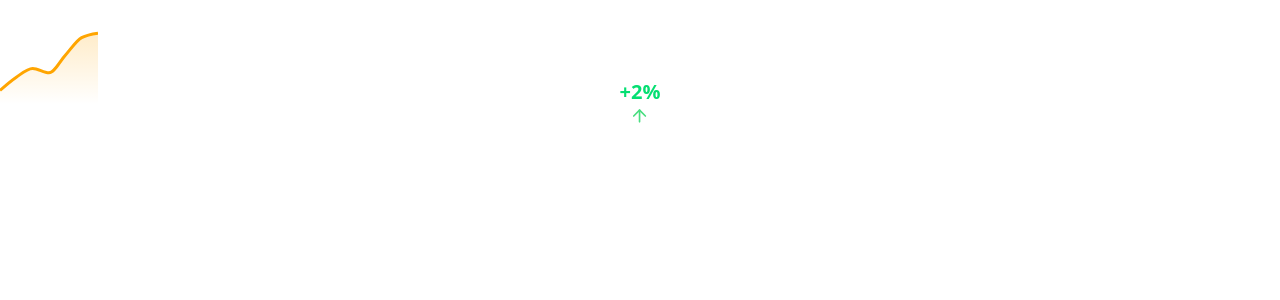
Repository: SharonSebastian32/reacharts
Page: /
An editor plug-in stored every save of this project. The page is shown before and after the next save, followed by the edit.
The browser window is 1280 px wide. The pictures show the whole page.
The project was rebuilt for these pictures with package versions that can differ from the ones it lists, and the page was loaded fresh each time. Also part of the build but not shown: vite.config.js.

Above is the page before, as saved 2025-03-20 22:52:47.

### src/App.jsx
import GrowthGraph from "./Components/CurveGraph";
function App() {
  return (
    <>
      <GrowthGraph />
    </>
  );
}

export default App;

### src/Components/CurveGraph.jsx
import React from 'react';
import { LineChart, Line, XAxis, YAxis, CartesianGrid, ResponsiveContainer, Area, AreaChart } from 'recharts';

const GrowthGraph = () => {
  // Sample data to create the desiorange curve
  const data = [
    { name: 'Jan', value: 20 },
    { name: 'Feb', value: 35 },
    { name: 'Mar', value: 45 },
    { name: 'Apr', value: 40 },
    { name: 'May', value: 60 },
    { name: 'Jun', value: 80 },
    { name: 'Jul', value: 85 },
  ];

  return (
    <div className="w-full h-64 bg-white relative">
      <ResponsiveContainer width="10%" height="50%">
        <AreaChart
          data={data}
          margin={{ top: 20, right: 30, left: 0, bottom: 20 }}
        >
          <defs>
            <linearGradient id="colorGradient" x1="0" y1="0" x2="0" y2="1">
              <stop offset="5%" stopColor="orange" stopOpacity={0.2} />
              <stop offset="95%" stopColor="orange" stopOpacity={0} />
            </linearGradient>
          </defs>
          <CartesianGrid vertical={false} horizontal={false} />
          <XAxis dataKey="name" hide={true} />
          <YAxis hide={true} />
          <Area
            type="monotone"
            dataKey="value"
            stroke="orange"
            strokeWidth={3}
            fillOpacity={1}
            fill="url(#colorGradient)"
            dot={false}
            activeDot={false}
            isAnimationActive={true}
            animationDuration={1500}
          />
        </AreaChart>
      </ResponsiveContainer>

      {/* Growth indicator */}
      <div className="absolute text-green-400 font-bold text-xl" style={{ left: '50%', top: '40%', transform: 'translate(-50%, -50%)' }}>
        +2%
        <div className="flex justify-center">
          <svg width="20" height="20" viewBox="0 0 24 24" fill="none" xmlns="http://www.w3.org/2000/svg">
            <path d="M12 19L12 5" stroke="#4ade80" strokeWidth="2" strokeLinecap="round" strokeLinejoin="round"/>
            <path d="M5 12L12 5L19 12" stroke="#4ade80" strokeWidth="2" strokeLinecap="round" strokeLinejoin="round"/>
          </svg>
        </div>
      </div>
    </div>
  );
};

export default GrowthGraph;

Loaded but not shown: index.html (common file); src/main.jsx (common file); src/index.css (common file)

After the next save:
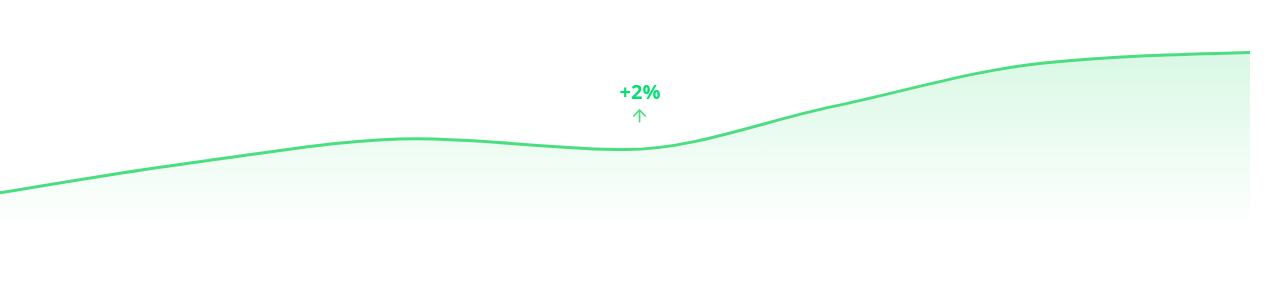
Saved 30 s later.
--- a/src/Components/CurveGraph.jsx
+++ b/src/Components/CurveGraph.jsx
@@ -1,29 +1,38 @@
-import React from 'react';
-import { LineChart, Line, XAxis, YAxis, CartesianGrid, ResponsiveContainer, Area, AreaChart } from 'recharts';
+import React from "react";
+import {
+  LineChart,
+  Line,
+  XAxis,
+  YAxis,
+  CartesianGrid,
+  ResponsiveContainer,
+  Area,
+  AreaChart,
+} from "recharts";
 
 const GrowthGraph = () => {
-  // Sample data to create the desiorange curve
+  // Sample data to create the desired curve
   const data = [
-    { name: 'Jan', value: 20 },
-    { name: 'Feb', value: 35 },
-    { name: 'Mar', value: 45 },
-    { name: 'Apr', value: 40 },
-    { name: 'May', value: 60 },
-    { name: 'Jun', value: 80 },
-    { name: 'Jul', value: 85 },
+    { name: "Jan", value: 20 },
+    { name: "Feb", value: 35 },
+    { name: "Mar", value: 45 },
+    { name: "Apr", value: 40 },
+    { name: "May", value: 60 },
+    { name: "Jun", value: 80 },
+    { name: "Jul", value: 85 },
   ];
 
   return (
     <div className="w-full h-64 bg-white relative">
-      <ResponsiveContainer width="10%" height="50%">
+      <ResponsiveContainer width="100%" height="100%">
         <AreaChart
           data={data}
           margin={{ top: 20, right: 30, left: 0, bottom: 20 }}
         >
           <defs>
             <linearGradient id="colorGradient" x1="0" y1="0" x2="0" y2="1">
-              <stop offset="5%" stopColor="orange" stopOpacity={0.2} />
-              <stop offset="95%" stopColor="orange" stopOpacity={0} />
+              <stop offset="5%" stopColor="#4ade80" stopOpacity={0.2} />
+              <stop offset="95%" stopColor="#4ade80" stopOpacity={0} />
             </linearGradient>
           </defs>
           <CartesianGrid vertical={false} horizontal={false} />
@@ -32,7 +41,7 @@ const GrowthGraph = () => {
           <Area
             type="monotone"
             dataKey="value"
-            stroke="orange"
+            stroke="#4ade80"
             strokeWidth={3}
             fillOpacity={1}
             fill="url(#colorGradient)"
@@ -45,12 +54,33 @@ const GrowthGraph = () => {
       </ResponsiveContainer>
 
       {/* Growth indicator */}
-      <div className="absolute text-green-400 font-bold text-xl" style={{ left: '50%', top: '40%', transform: 'translate(-50%, -50%)' }}>
+      <div
+        className="absolute text-green-400 font-bold text-xl"
+        style={{ left: "50%", top: "40%", transform: "translate(-50%, -50%)" }}
+      >
         +2%
         <div className="flex justify-center">
-          <svg width="20" height="20" viewBox="0 0 24 24" fill="none" xmlns="http://www.w3.org/2000/svg">
-            <path d="M12 19L12 5" stroke="#4ade80" strokeWidth="2" strokeLinecap="round" strokeLinejoin="round"/>
-            <path d="M5 12L12 5L19 12" stroke="#4ade80" strokeWidth="2" strokeLinecap="round" strokeLinejoin="round"/>
+          <svg
+            width="20"
+            height="20"
+            viewBox="0 0 24 24"
+            fill="none"
+            xmlns="http://www.w3.org/2000/svg"
+          >
+            <path
+              d="M12 19L12 5"
+              stroke="#4ade80"
+              strokeWidth="2"
+              strokeLinecap="round"
+              strokeLinejoin="round"
+            />
+            <path
+              d="M5 12L12 5L19 12"
+              stroke="#4ade80"
+              strokeWidth="2"
+              strokeLinecap="round"
+              strokeLinejoin="round"
+            />
           </svg>
         </div>
       </div>
